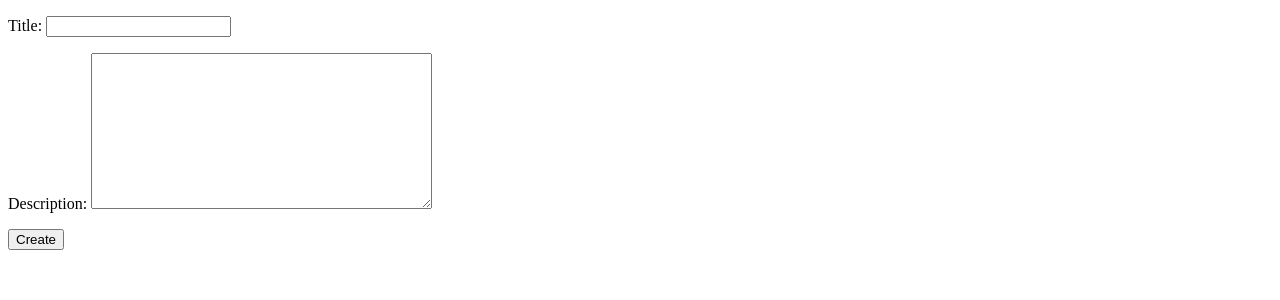
Repository: JasonMorta/Django-todo-crud-app
Page: http://localhost/create/
The author's editor kept a copy of each file at every save. The page is drawn from the files as they stood at one save, then again after the next save.
The browser window is 1280 px wide. The pictures show the whole page.
The page is served by the project's application, run on Django 4.2 (manage.py). Other server files are loaded and not shown.

Above is the page before, as saved 2023-06-20 20:30:25.

### todo_list/todo_app/templates/todo_app/todo_create.html
<!DOCTYPE html>
<html lang="en">
<head>
  <meta charset="UTF-8">
  <meta http-equiv="X-UA-Compatible" content="IE=edge">
  <meta name="viewport" content="width=device-width, initial-scale=1.0">
  <title>Document</title>
</head>
<body>
  <form method="post">
    {% csrf_token %}
    {{ form.as_p }}
    <button type="submit">Create</button>
  </form>

</body>
</html>

### todo_list/todo_app/forms.py
from django import forms
from .models import Todo

class TodoForm(forms.ModelForm):
    class Meta:
        model = Todo
        fields = ['title', 'description']

### todo_list/todo_app/models.py
from django.db import models

# Create your models here.
from django.db import models


class Todo(models.Model):
    title = models.CharField(max_length=200)
    description = models.TextField()
    created_at = models.DateTimeField(auto_now_add=True)

    def __str__(self):
        return self.title

### todo_list/todo_app/views.py
from django.shortcuts import render, redirect
from .models import Todo
from .forms import TodoForm


def todo_list(request):
    print('todo_list')
    todos = Todo.objects.all()
    return render(request, 'todo_app/todo_list.html', {'todos': todos})


def todo_create(request):
    print('todo_create')
    if request.method == 'POST':
        form = TodoForm(request.POST)
        if form.is_valid():
            form.save()
            print('redirect(todo_list)')
            return redirect('todo_list')
    else:
        form = TodoForm()
        print('render(request,"todo_app/todo_create.html"')
    return render(request, 'todo_app/todo_create.html', {'form': form})


def todo_update(request, pk):
    print('todo_update')
    todo = Todo.objects.get(pk=pk)
    if request.method == 'POST':
        form = TodoForm(request.POST, instance=todo)
        if form.is_valid():
            form.save()
            return redirect('todo_list')
    else:
        form = TodoForm(instance=todo)
    return render(request, 'todo_app/todo_update.html', {'form': form})


def todo_delete(request, pk):
    todo = Todo.objects.get(pk=pk)
    if request.method == 'POST':
        todo.delete()
        return redirect('todo_list')
    return render(request, 'todo_app/todo_delete.html', {'todo': todo})

### todo_list/todo_list/urls.py
"""
URL configuration for todo_list project.

The `urlpatterns` list routes URLs to views. For more information please see:
    https://docs.djangoproject.com/en/4.2/topics/http/urls/
Examples:
Function views
    1. Add an import:  from my_app import views
    2. Add a URL to urlpatterns:  path('', views.home, name='home')
Class-based views
    1. Add an import:  from other_app.views import Home
    2. Add a URL to urlpatterns:  path('', Home.as_view(), name='home')
Including another URLconf
    1. Import the include() function: from django.urls import include, path
    2. Add a URL to urlpatterns:  path('blog/', include('blog.urls'))
"""
from django.urls import path
from todo_app.views import todo_list, todo_create, todo_update, todo_delete

urlpatterns = [
    path('', todo_list, name='todo_list'),
    path('create/', todo_create, name='todo_create'),
    path('update/<int:pk>/', todo_update, name='todo_update'),
    path('delete/<int:pk>/', todo_delete, name='todo_delete'),
]

After the next save:
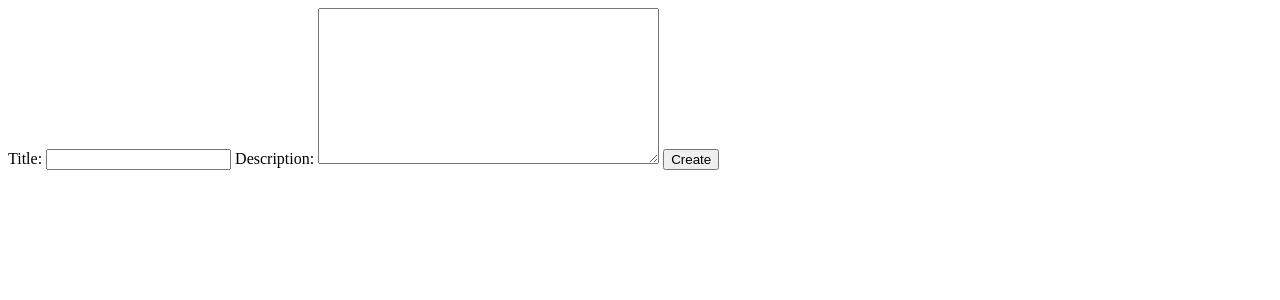
Saved 2 min 13 s later.
--- a/todo_list/todo_app/templates/todo_app/todo_create.html
+++ b/todo_list/todo_app/templates/todo_app/todo_create.html
@@ -9,7 +9,7 @@
 <body>
   <form method="post">
     {% csrf_token %}
-    {{ form.as_p }}
+    {{ form }}
     <button type="submit">Create</button>
   </form>
 
